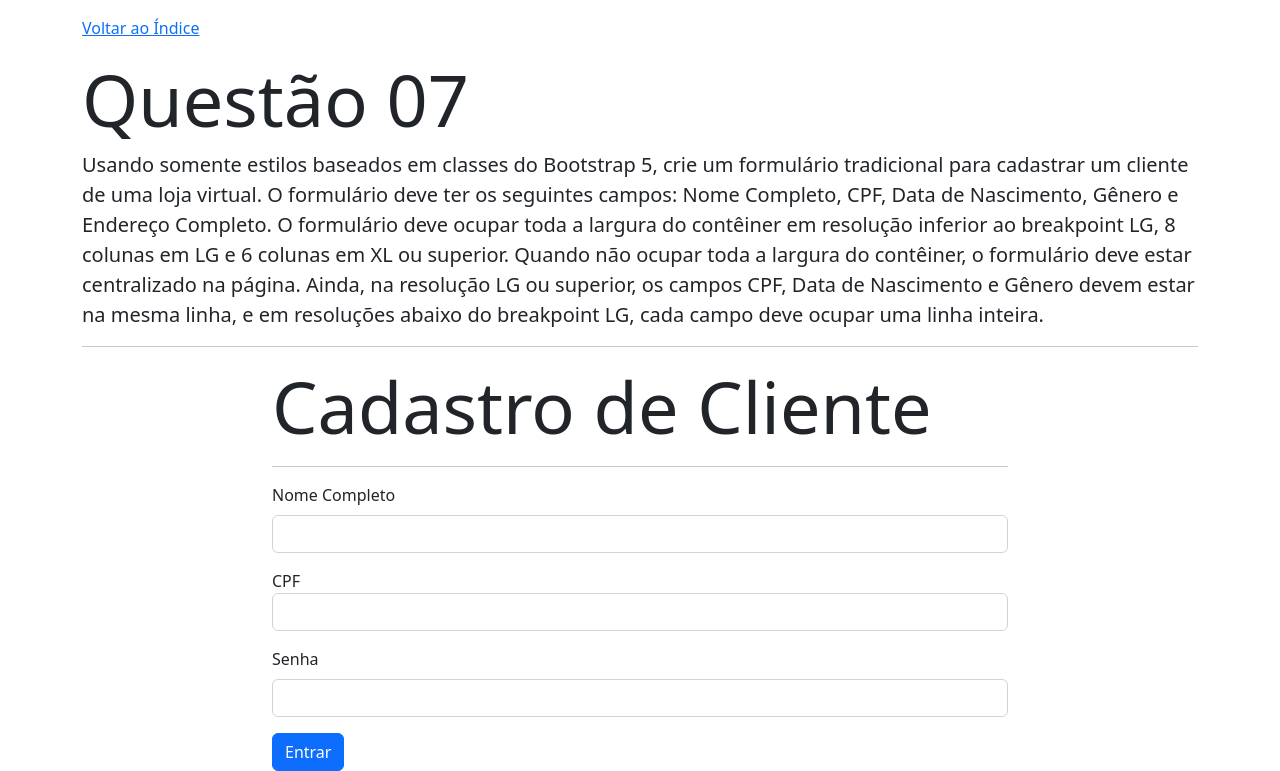
Repository: In-Game-full/Reprograme-se
Page: S-8/Atividade-Pratica-da-Semana-3-do-Replit/questao07.html
These files come from the project's save history. The page is drawn as it stood at one moment and after the next save; the edit follows.
The browser window is 1280 px wide. The pictures show the whole page.

Above is the page before, as saved 2023-09-12 15:37:24.

After the next save:
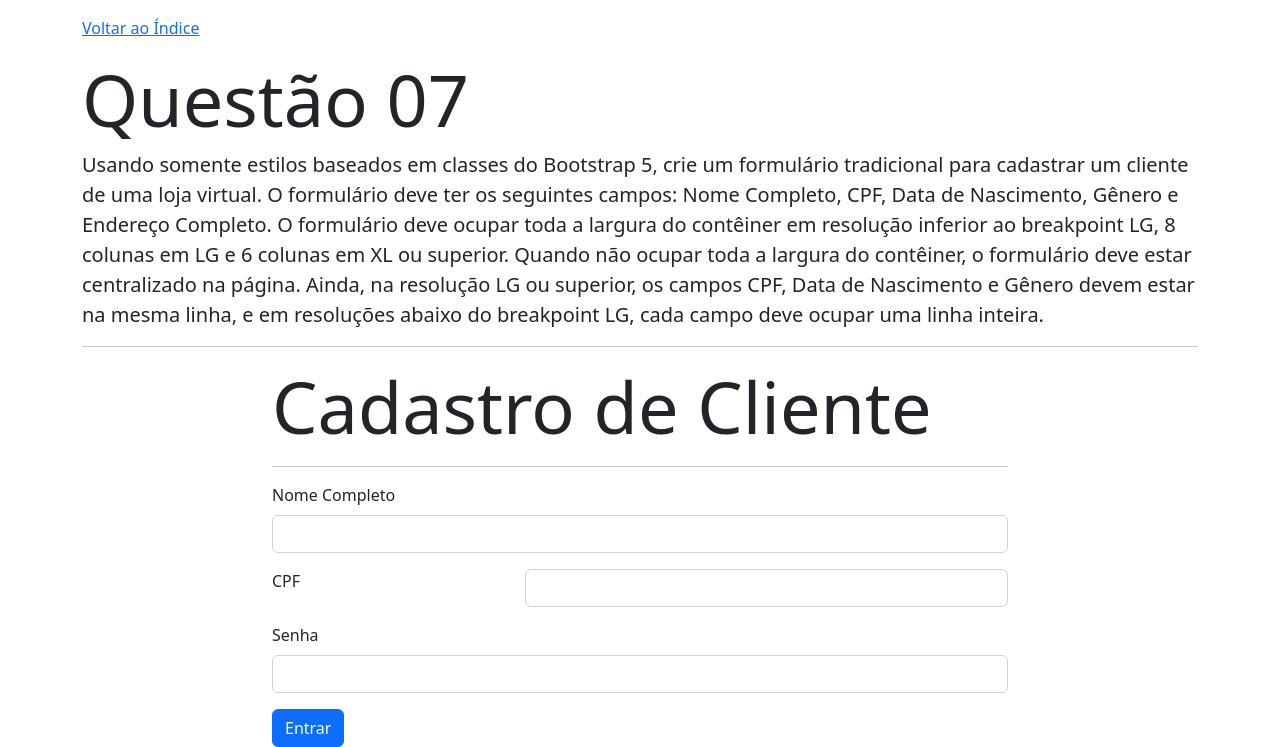
Saved 9 s later.
--- a/S-8/Atividade-Pratica-da-Semana-3-do-Replit/questao07.html
+++ b/S-8/Atividade-Pratica-da-Semana-3-do-Replit/questao07.html
@@ -34,7 +34,7 @@
                         <div class="col-lg-4">
                         <label for="" cass="form-label">CPF</label>
                         </div>
-                        <div class="col-lg-">
+                        <div class="col-lg-8">
                         <input type="text" class="form-control">
                         </div>
                     </div>
